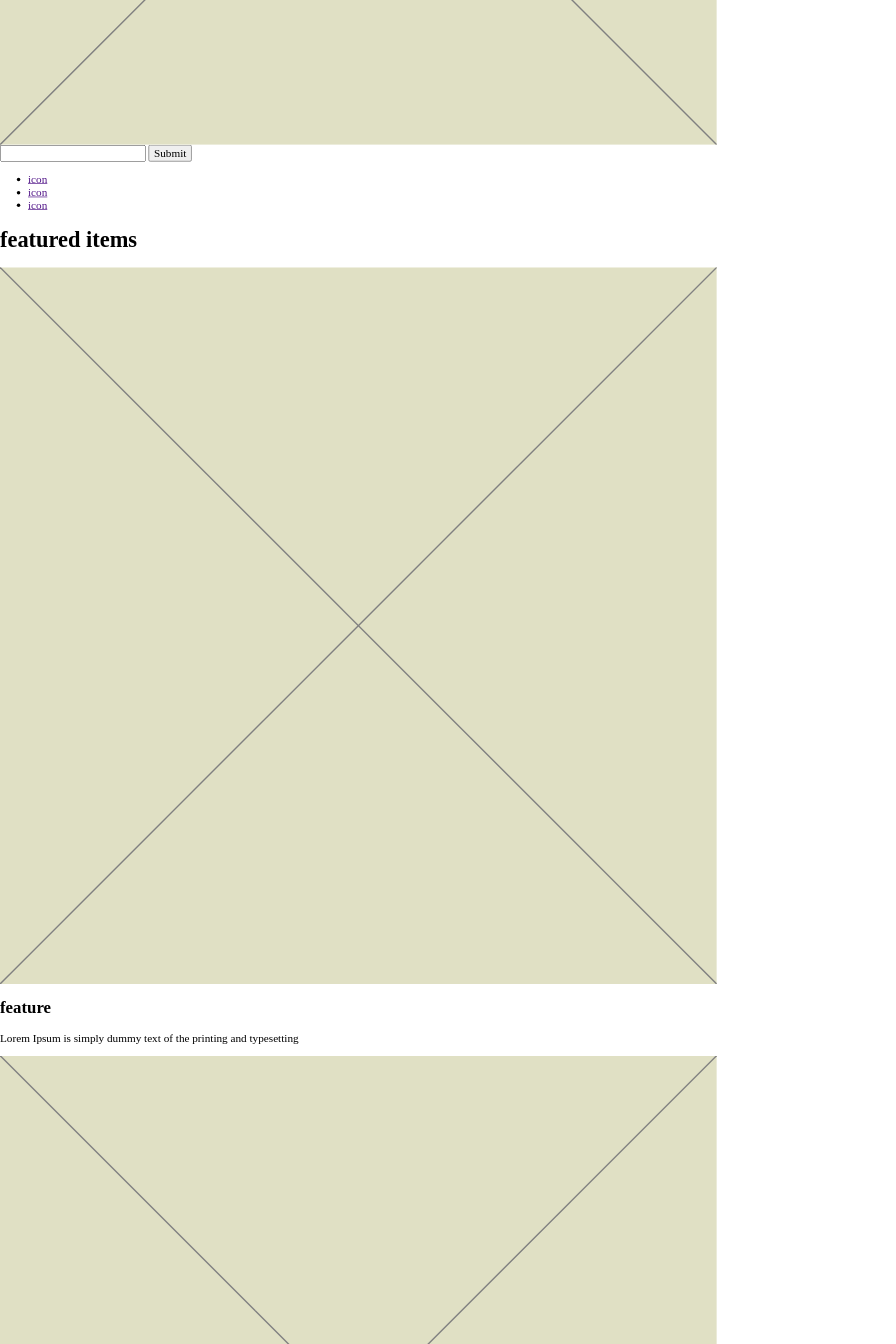
Repository: AdrianTejada/Lab03-Project-1
Page: index.html
These files come from the project's save history. The page is drawn as it stood at one moment and after the next save; the edit follows.
The browser window is 1280 px wide. The pictures show the part of the page from y = 817 to 2737 px (the page is 16519 px tall before and 16887 px after), at 70% of full size.

Above is the page before, as saved 2019-03-01 08:22:03.

### index.html
<!doctype html>
<html class="no-js" lang="EN">

    <head>
        <meta charset="utf-8">
        <meta http-equiv="x-ua-compatible" content="ie=edge">
        <title>MagBlog - Home</title>
        <meta name="description" content="">
        <meta name="viewport" content="width=device-width, initial-scale=1, shrink-to-fit=no">
        <link rel="manifest" href="site.webmanifest">
        <link rel="apple-touch-icon" href="icon.png">
        <!-- Place favicon.ico in the root directory -->
        <link rel="stylesheet" href="css/normalize.css">
        <link rel="stylesheet" href="css/main.css">
    </head>

    <body class="page page--home">
        <!--[if lte IE 9]>
        <p class="browserupgrade">You are using an <strong>outdated</strong> browser. Please <a href="https://browsehappy.com/">upgrade your browser</a> to improve your experience and security.</p>
        <![endif]-->
        <header class="page__header">
            <div class="logo">
                <img class="logo__img" src="img/content/placeholder.svg" alt="img description" />
            </div>
            <form class="form form--search">
                <input class="form__input" type="text" />
                <input class="form__btn btn--big btn--disabled js-site-search" type="submit" />
            </form>
            <ul class="nav-icons">
                <li class="nav-icons__item">
                    <a href="" class="">icon</a>
                </li>
                <li class="nav-icons__item">
                    <a href="" class="">icon</a>
                </li>
                <li class="nav-icons__item">
                    <a href="" class="">icon</a>
                </li>
            </ul>
        </header>
        <section class="page__section featured">
            <h1 class="heading page__section__heading">
                featured items
            </h1>
            <div class="featured__item">
                <img class="featured__item__img" src="img/content/placeholder.svg" alt="img description" />
                <h2 class="heading featured__item__title">
                    feature
                </h2>
                <p class="featured__item__excerpt">
                    Lorem Ipsum is simply dummy text of the printing and typesetting
                </p>
            </div>
            <div class="featured__item">
                <img class="featured__item__img" src="img/content/placeholder.svg" alt="img description" />
                <h2 class="heading featured__item__title">
                    feature
                </h2>
                <p class="featured__item__excerpt">
                    Lorem Ipsum is simply dummy text of the printing and typesetting
                </p>
            </div>
            <div class="featured__item">
                <img class="featured__item__img" src="img/content/placeholder.svg" alt="img description" />
                <h2 class="heading featured__item__title">
                    feature
                </h2>
                <p class="featured__item__excerpt">
                    Lorem Ipsum is simply dummy text of the printing and typesetting
                </p>
            </div>
        </section>
        <main class="page__main">
            <article class="article">
                <header class="article__header">
                    <h1 class="heading article__headline">
                        article heading
                    </h1>
                    <div class="article_date">
                        <span class="article__date__day">28</span>
                        <span class="article__date__month">feb</span>
                        <span class="article__date__year">2019</span>
                    </div>
                </header>
                <div class="article__content">
                    <p class="article__excerpt">
                        Minions ipsum po kass po kass hahaha underweaaar potatoooo pepete
                        tank yuuu! Baboiii me want bananaaa! Tank yuuu! Tulaliloo ti aamoo!
                        Gelatooo para tú tank yuuu! Tulaliloo tatata bala tu jeje. Wiiiii
                        poopayee tulaliloo chasy wiiiii bappleees jeje bee do bee do bee
                        do butt jeje baboiii. Ti aamoo! jiji para tú tulaliloo bee do bee
                        do bee do para tú para tú hahaha para tú poopayee. Potatoooo pepete
                        aaaaaah hahaha wiiiii aaaaaah hana dul sae.
                    </p>
                    <section class="article__figures">
                        <figure class="article__img--big">
                            <img src="img/content/placeholder.svg" />
                        </figure>
                        <figure class="article__img--small">
                            <img src="img/content/placeholder.svg" alt="img description" />
                        </figure>
                        <figure class="article__img--small">
                            <img src="img/content/placeholder.svg" alt="img description" />
                        </figure>
                        <figure class="article__img--small">
                            <img src="img/content/placeholder.svg" alt="img description" />
                        </figure>
                        <figure class="article__img--small">
                            <img src="img/content/placeholder.svg" alt="img description" />
                        </figure>
                    </section>
                    <section class="article__body">
                        <p>
                            Minions ipsum po kass po kass hahaha underweaaar potatoooo pepete
                            tank yuuu! Baboiii me want bananaaa! Tank yuuu! Tulaliloo ti aamoo!
                            Gelatooo para tú tank yuuu! Tulaliloo tatata bala tu jeje. Wiiiii
                            poopayee tulaliloo chasy wiiiii bappleees jeje bee do bee do bee
                            do butt jeje baboiii. Ti aamoo! jiji para tú tulaliloo bee do bee
                            do bee do para tú para tú hahaha para tú poopayee. Potatoooo pepete
                            aaaaaah hahaha wiiiii aaaaaah hana dul sae.
                        </p>
                        <figure class="article__figure">
                            <img class="article__img" src="img/content/placeholder.svg" alt="img description" />
                            <figcaption class="figure__caption">
                                <p>
                                    figure caption
                                </p>
                            </figcaption>
                        </figure>
                        <p>
                            Minions ipsum po kass po kass hahaha underweaaar potatoooo pepete
                            tank yuuu! Baboiii me want bananaaa! Tank yuuu! Tulaliloo ti aamoo!
                            Gelatooo para tú tank yuuu! Tulaliloo tatata bala tu jeje. Wiiiii
                            poopayee tulaliloo chasy wiiiii bappleees jeje bee do bee do bee
                            do butt jeje baboiii. Ti aamoo! jiji para tú tulaliloo bee do bee
                            do bee do para tú para tú hahaha para tú poopayee. Potatoooo pepete
                            aaaaaah hahaha wiiiii aaaaaah hana dul sae.
                        </p>
                        <p>
                            Minions ipsum po kass po kass hahaha underweaaar potatoooo pepete
                            tank yuuu! Baboiii me want bananaaa! Tank yuuu! Tulaliloo ti aamoo!
                            Gelatooo para tú tank yuuu! Tulaliloo tatata bala tu jeje. Wiiiii
                            poopayee tulaliloo chasy wiiiii bappleees jeje bee do bee do bee
                            do butt jeje baboiii. Ti aamoo! jiji para tú tulaliloo bee do bee
                            do bee do para tú para tú hahaha para tú poopayee. Potatoooo pepete
                            aaaaaah hahaha wiiiii aaaaaah hana dul sae.
                        </p>
                        <p>
                            Minions ipsum po kass po kass hahaha underweaaar potatoooo pepete
                            tank yuuu! Baboiii me want bananaaa! Tank yuuu! Tulaliloo ti aamoo!
                            Gelatooo para tú tank yuuu! Tulaliloo tatata bala tu jeje. Wiiiii
                            poopayee tulaliloo chasy wiiiii bappleees jeje bee do bee do bee
                            do butt jeje baboiii. Ti aamoo! jiji para tú tulaliloo bee do bee
                            do bee do para tú para tú hahaha para tú poopayee. Potatoooo pepete
                            aaaaaah hahaha wiiiii aaaaaah hana dul sae.
                        </p>
                        <p>
                            Minions ipsum po kass po kass hahaha underweaaar potatoooo pepete
                            tank yuuu! Baboiii me want bananaaa! Tank yuuu! Tulaliloo ti aamoo!
                            Gelatooo para tú tank yuuu! Tulaliloo tatata bala tu jeje. Wiiiii
                            poopayee tulaliloo chasy wiiiii bappleees jeje bee do bee do bee
                            do butt jeje baboiii. Ti aamoo! jiji para tú tulaliloo bee do bee
                            do bee do para tú para tú hahaha para tú poopayee. Potatoooo pepete
                            aaaaaah hahaha wiiiii aaaaaah hana dul sae.
                        </p>
                        <p>
                            Minions ipsum po kass po kass hahaha underweaaar potatoooo pepete
                            tank yuuu! Baboiii me want bananaaa! Tank yuuu! Tulaliloo ti aamoo!
                            Gelatooo para tú tank yuuu! Tulaliloo tatata bala tu jeje. Wiiiii
                            poopayee tulaliloo chasy wiiiii bappleees jeje bee do bee do bee
                            do butt jeje baboiii. Ti aamoo! jiji para tú tulaliloo bee do bee
                            do bee do para tú para tú hahaha para tú poopayee. Potatoooo pepete
                            aaaaaah hahaha wiiiii aaaaaah hana dul sae.
                        </p>
                    </section>
                </div>
                <footer class="article__footer">
                    <div class="article__categories">
                        <h6 class="heading article__category__heading">
                            category
                        </h6>
                        <ul class="article__category__list">
                            <li class="article__category">
                                category01
                            </li>
                            <li class="article__category">
                                category02
                            </li>
                        </ul>
                    </div>
                </footer>
            </article>
        </main>
        <div class="page__sidebar">
            <div class="widget top-stories">
                <h2 class="heading widget__heading--tab">
                    Widget Heading
                </h2>
                <div class="widget__content">
                    <ul class="widget__list">
                        <li class="widget__list__item">
                            <div class="widget__item__content">
                                <h3 class="heading item__heading">
                                    Gelatooo tatata bala tu tank yuuu!
                                </h3>
                                <p>
                                    Me want bananaaa! gelatooo bappleees bee do bee do bee
                                    do chasy hana dul sae daa hana dul sae hahaha.
                                </p>
                            </div>
                            <figure class="thumbnail--small">
                                <img src="img/content/placeholder.svg" alt="img description" />
                            </figure>
                        </li>
                        <li class="widget__list__item">
                            <div class="widget__item__content">
                                <h3 class="heading item__heading">
                                    Gelatooo tatata bala tu tank yuuu!
                                </h3>
                                <p>
                                    Me want bananaaa! gelatooo bappleees bee do bee do bee
                                    do chasy hana dul sae daa hana dul sae hahaha.
                                </p>
                            </div>
                            <figure class="thumbnail--small">
                                <img src="img/content/placeholder.svg" alt="img description" />
                            </figure>
                        </li>
                        <li class="widget__list__item">
                            <div class="widget__item__content">
                                <h3 class="heading item__heading">
                                    Gelatooo tatata bala tu tank yuuu!
                                </h3>
                                <p>
                                    Me want bananaaa! gelatooo bappleees bee do bee do bee
                                    do chasy hana dul sae daa hana dul sae hahaha.
                                </p>
                            </div>
                            <figure class="thumbnail--small">
                                <img src="img/content/placeholder.svg" alt="img description" />
                            </figure>
                        </li>
                    </ul>
                </div>
            </div>
            <div class="widget related-articles">
                <h2 class="heading widget__heading">
                    Widget Heading
                </h2>
                <div class="widget__content">
                    <ul class="">
                        <li class="widget__list__item">
                            <div class="widget__widget__item__content">
                                <p>
                                    Me want bananaaa! gelatooo bappleees bee do bee do bee
                                    do chasy hana dul sae daa hana dul sae hahaha.
                                </p>
                            </div>
                            <figure class="thumbnail--small">
                                <img src="img/content/placeholder.svg" alt="img description" />
                            </figure>
                        </li>
                    </ul>
                </div>
            </div>
            <div class="widget article-archive">
                <h2 class="heading widget__heading">
                    Widget Heading
                </h2>
                <div class="widget__content">
                    <ul class="archive-list">
                        <li class="archive-item">
                            Me want bananaaa! gelatooo bappleees bee do bee do bee
                            do chasy hana dul sae daa hana dul sae hahaha.
                        </li>
                        <li class="archive-item">
                            Me want bananaaa! gelatooo bappleees bee do bee do bee
                            do chasy hana dul sae daa hana dul sae hahaha.
                        </li>
                        <li class="archive-item">
                            Me want bananaaa! gelatooo bappleees bee do bee do bee
                            do chasy hana dul sae daa hana dul sae hahaha.
                        </li>
                        <li class="archive-item">
                            Me want bananaaa! gelatooo bappleees bee do bee do bee
                            do chasy hana dul sae daa hana dul sae hahaha.
                        </li>
                        <li class="archive-item">
                            Me want bananaaa! gelatooo bappleees bee do bee do bee
                            do chasy hana dul sae daa hana dul sae hahaha.
                        </li>
                        <li class="archive-item">
                            Me want bananaaa! gelatooo bappleees bee do bee do bee
                            do chasy hana dul sae daa hana dul sae hahaha.
                        </li>
                        <li class="archive-item">
                            Me want bananaaa! gelatooo bappleees bee do bee do bee
                            do chasy hana dul sae daa hana dul sae hahaha.
                        </li>
                    </ul>
                </div>
            </div>
            <div class="widget tag-cloud">
                <h2 class="heading widget__heading">
                    Widget Heading
                </h2>
                <div class="widget__content">
                    <span class="tag">tag name</span>
                    <span class="tag">tag name</span>
                    <span class="tag">tag name</span>
                    <span class="tag">tag name</span>
                    <span class="tag">tag name</span>
                </div>
            </div>
        </div>
        <footer class="page__footer four-columns">
            <div class="col">
                <h4 class="heading">heading column</h4>
            </div>
            <div class="col">
                <h4 class="heading">heading column</h4>
            </div>
            <div class="col">
                <h4 class="heading">heading column</h4>
            </div>
            <div class="col">
                <h4 class="heading">heading column</h4>
            </div>
        </footer>
        <script src="js/vendor/modernizr-3.6.0.min.js"></script>
        <script src="https://code.jquery.com/jquery-3.3.1.min.js" integrity="sha256-FgpCb/KJQlLNfOu91ta32o/NMZxltwRo8QtmkMRdAu8=" crossorigin="anonymous"></script>
        <script>
            window.jQuery || document.write('<script src="js/vendor/jquery-3.3.1.min.js"><\/script>')
        </script>
        <script src="js/plugins.js"></script>
        <script src="js/main.js"></script>
    </body>

</html>

### css/main.css
/* ==========================================================================
    [Table of contents]

    1. BASE
        1.1 Page Rendering Defaults
        1.2 User Experience Adjustments
        1.3 Core Styling
    2. LAYOUT
    3. MODULES
    4. STATES
    5. UTILITIES
    6. PRINT
    7. MISC

    ========================================================================== */
/* ==========================================================================
    1. BASE
    ========================================================================== */
/* 1.1 Page Rendering Defaults */

/* 1.2 User Experience Adjustments */
/*
 * Remove text-shadow in selection highlight:
 * https://twitter.com/miketaylr/status/12228805301
 * Vendor-prefixed and regular ::selection selectors cannot be combined:
 * https://stackoverflow.com/a/16982510/7133471
 * Customize the background color to match your design.
 */
::-moz-selection {
    background: #b3d4fc;
    text-shadow: none;
}

::selection {
    background: #b3d4fc;
    text-shadow: none;
}

hr {
    /* A better looking default horizontal rule */
    display: block;
    height: 1px;
    border: 0;
    border-top: 1px solid #ccc;
    margin: 1em 0;
    padding: 0;
}

audio,
canvas,
iframe,
img,
svg,
video {
    /* https://github.com/h5bp/html5-boilerplate/issues/440 */
    vertical-align: middle;
}

fieldset {
    /* Remove default fieldset styles. */
    border: 0;
    margin: 0;
    padding: 0;
}

textarea {
    /* Allow only vertical resizing of textareas. */
    resize: vertical;
}

/* 1.3 Core Styling */


/* ==========================================================================
   2. LAYOUT
   ========================================================================== */



/* ==========================================================================
   3. MODULES
   ========================================================================== */



/* ==========================================================================
   4. STATES
   ========================================================================== */
/*



/* ==========================================================================
   5. UTILITIES
   ========================================================================== */
/*
 * Hide visually and from screen readers
 */
.hidden {
    display: none !important;
}

/*
 * Hide only visually, but have it available for screen readers:
 * https://snook.ca/archives/html_and_css/hiding-content-for-accessibility
 *
 * 1. For long content, line feeds are not interpreted as spaces and small width
 *    causes content to wrap 1 word per line:
 *    https://medium.com/@jessebeach/beware-smushed-off-screen-accessible-text-5952a4c2cbfe
 */
.visuallyhidden {
    border: 0;
    clip: rect(0 0 0 0);
    height: 1px;
    margin: -1px;
    overflow: hidden;
    padding: 0;
    position: absolute;
    width: 1px;
    white-space: nowrap;
}

/*
 * Extends the .visuallyhidden class to allow the element
 * to be focusable when navigated to via the keyboard:
 * https://www.drupal.org/node/897638
 */
.visuallyhidden.focusable:active,
.visuallyhidden.focusable:focus {
    clip: auto;
    height: auto;
    margin: 0;
    overflow: visible;
    position: static;
    width: auto;
    white-space: inherit;
}

/*
 * Hide visually and from screen readers, but maintain layout
 */
.invisible {
    visibility: hidden;
}

/*
 * Clearfix: contain floats
 * http://nicolasgallagher.com/micro-clearfix-hack/
 */
.clearfix:before,
.clearfix:after {
    content: " ";
    display: table;
}

.clearfix:after {
    clear: both;
}

@media print,
(-webkit-min-device-pixel-ratio: 1.25),
(min-resolution: 1.25dppx),
(min-resolution: 120dpi) {
    /* Style adjustments for high resolution devices */
}


/* ==========================================================================
   6. PRINT
   https://www.phpied.com/delay-loading-your-print-css/
   ========================================================================== */

@media print {
    *,
    *:before,
    *:after {
        background: transparent !important;
        color: #000 !important;

        /* Black prints faster */
        -webkit-box-shadow: none !important;
        box-shadow: none !important;
        text-shadow: none !important;
    }

    a,
    a:visited {
        text-decoration: underline;
    }

    a[href]:after {
        content: " ("attr(href) ")";
    }

    abbr[title]:after {
        content: " ("attr(title) ")";
    }

    /*
     * Don't show links that are fragment identifiers,
     * or use the `javascript:` pseudo protocol
     */
    a[href^="#"]:after,
    a[href^="javascript:"]:after {
        content: "";
    }

    pre {
        white-space: pre-wrap !important;
    }

    pre,
    blockquote {
        border: 1px solid #999;
        page-break-inside: avoid;
    }

    /*
     * Printing Tables:
     * http://css-discuss.incutio.com/wiki/Printing_Tables
     */
    thead {
        display: table-header-group;
    }

    tr,
    img {
        page-break-inside: avoid;
    }

    p,
    h2,
    h3 {
        orphans: 3;
        widows: 3;
    }

    h2,
    h3 {
        page-break-after: avoid;
    }
}


/* ==========================================================================
   6. MISC
   ========================================================================== */
.browserupgrade {
    margin: 0.2em 0;
    background: #ccc;
    color: #000;
    padding: 0.2em 0;
}

Loaded but not shown: css/normalize.css (library); js/vendor/modernizr-3.6.0.min.js (library); js/plugins.js (24 lines, source omitted); js/main.js (no stored copy; drawn as an empty file)

After the next save:
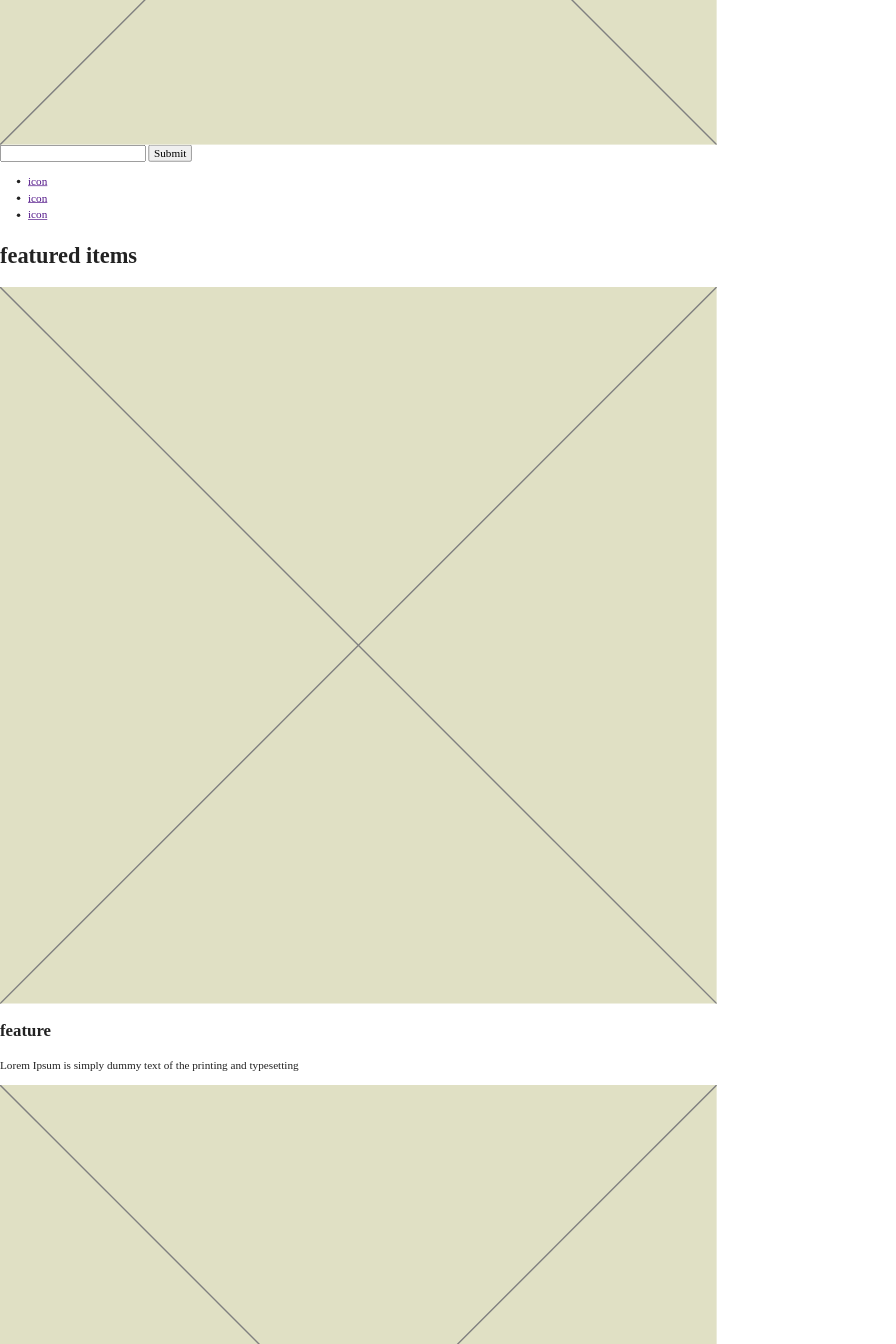
Saved 697 days later.
--- a/css/main.css
+++ b/css/main.css
@@ -18,6 +18,19 @@
     ========================================================================== */
 /* 1.1 Page Rendering Defaults */
 
+*,
+*:before,
+*:after {
+    box-sizing: border-box;
+}
+
+html {
+    color: #222;
+    font-size: 1em;
+    line-height: 1.5;
+    background-color: (216, 216, 216);
+}
+
 /* 1.2 User Experience Adjustments */
 /*
  * Remove text-shadow in selection highlight:
